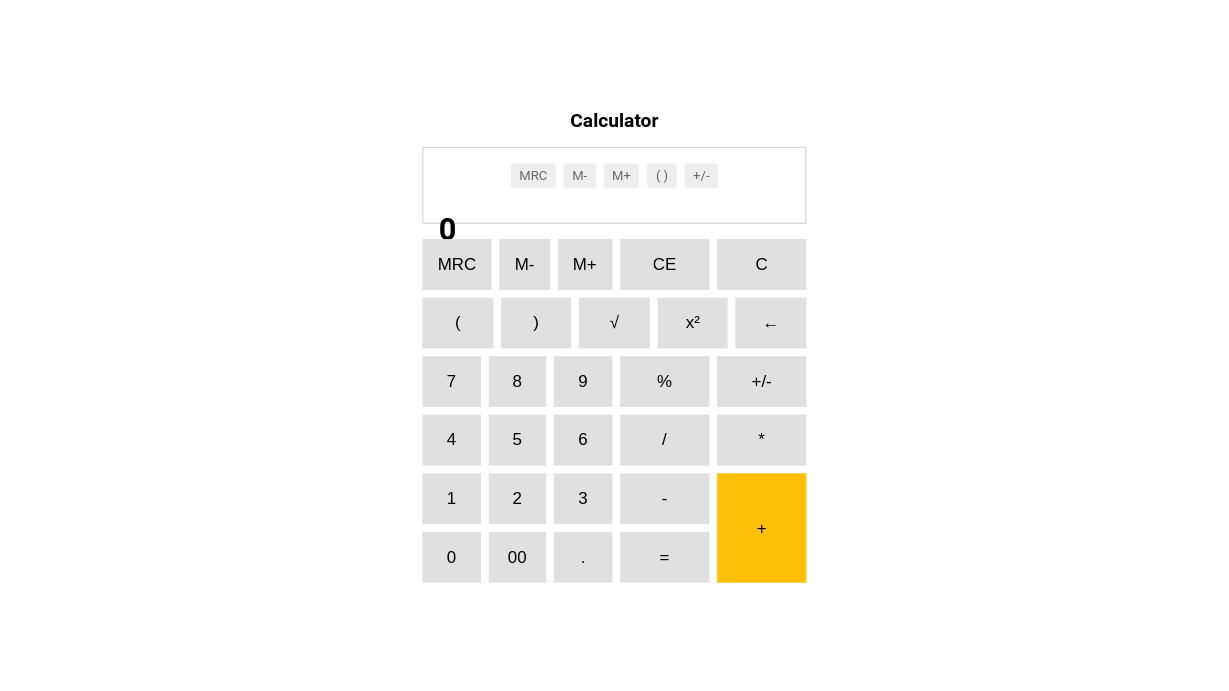
Repository: Denis793/CalculatorNew
Page: index.html
These files come from the project's save history. The page is drawn as it stood at one moment and after the next save; the edit follows.
The browser window is 1280 px wide. The pictures show the whole page, at 96% of full size.
The style sheet was rebuilt from its Sass, Less or Tailwind sources for each picture, by a compiler version that may differ from the author's.

Above is the page before, as saved 2025-05-17 19:07:42.

### index.html
<!DOCTYPE html>
<html lang="en">
  <head>
    <meta charset="UTF-8" />
    <meta name="viewport" content="width=device-width, initial-scale=1.0" />
    <title>Calculator</title>
    <link rel="stylesheet" href="./app/style/css/main.css" />
  </head>
  <body>
    <div class="calculatorContainer">
      <h1>Calculator</h1>

      <div class="display">
        <div class="indicators">
          <span class="indicator" data-key="MRC">MRC</span>
          <span class="indicator" data-key="M-">M-</span>
          <span class="indicator" data-key="M+">M+</span>
          <span class="indicator" data-key="()">( )</span>
          <span class="indicator" data-key="+/-">+/-</span>
        </div>

        <ul id="historyList"></ul>

        <div class="previous"></div>
        <div class="current"></div>
      </div>

      <div class="keypad">
        <div class="memoryBtn">
          <button class="button">MRC</button>
          <button class="button">M-</button>
          <button class="button">M+</button>
        </div>

        <div class="cleanBtn">
          <button class="button">CE</button>
          <button class="button ac">C</button>
        </div>

        <div class="buttonFirst">
          <button class="button">(</button>
          <button class="button">)</button>
          <button class="button">√</button>
          <button class="button">x²</button>
          <button class="button">←</button>
        </div>

        <div class="numbersBtn">
          <button class="button">7</button>
          <button class="button">8</button>
          <button class="button">9</button>

          <button class="button">4</button>
          <button class="button">5</button>
          <button class="button">6</button>

          <button class="button">1</button>
          <button class="button">2</button>
          <button class="button">3</button>

          <button class="button">0</button>
          <button class="button">00</button>
          <button class="button">.</button>
        </div>

        <div class="operationsBtn">
          <button class="button">%</button>
          <button class="button">+/-</button>
          <button class="button">/</button>
          <button class="button">*</button>
          <button class="button">-</button>
          <button class="button plus">+</button>
          <button class="button">=</button>
        </div>
      </div>
    </div>
    <script type="module" src="./app/js/main.js"></script>
  </body>
</html>

### app/js/main.js
import { initializeCalculator } from './state.js';
import './memory.js';
import './operations.js';
import './equals.js';
import './formatter.js';
import './history.js';
import './inputHandler.js';

initializeCalculator();

### app/js/state.js
import { handleMemory } from './memory.js';
import { handleOperations } from './operations.js';
import { handleEquals } from './equals.js';
import { handleInput } from './inputHandler.js';

export const state = {
  expression: '',
  memory: 0,
  memoryLog: [],
  memoryActive: false,

  finish: false,
  lastOperator: '',
  lastOperand: '',
  history: [],
  MAX_LENGTH: 12,
  displayPrev: document.querySelector('.previous'),
  displayCurr: document.querySelector('.current'),
  buttons: document.querySelector('.keypad'),
  historyList: document.getElementById('historyList'),
  lastFunction: '',
  parenthesesCount: 0,
};

export function clearAll() {
  state.expression = '';
  state.finish = false;
  state.lastOperator = '';
  state.lastOperand = '';
  state.lastFunction = '';
  state.parenthesesCount = 0;
  state.displayCurr.textContent = '0';
  state.displayPrev.textContent = '';
  state.historyList.innerHTML = '';
  state.history = [];
  state.memoryActive = false;

  document.querySelectorAll('.button').forEach((btn) => btn.classList.remove('active-operator'));
  document.querySelectorAll('.indicator').forEach((i) => i.classList.remove('active'));
}

export function initializeCalculator() {
  clearAll();

  document.querySelector('.ac').addEventListener('click', clearAll);

  state.buttons.addEventListener('click', (e) => {
    const btn = e.target;
    if (!btn.classList.contains('button')) return;

    const key = btn.textContent;

    const specialKeys = ['MRC', 'M-', 'M+', '+/-', '√'];
    if (specialKeys.includes(key)) {
      document.querySelectorAll('.indicator').forEach((i) => {
        const keep = i.dataset.key === '()' && state.parenthesesCount > 0;
        if (!keep) i.classList.remove('active');
      });
      const indicator = document.querySelector(`.indicator[data-key="${key}"]`);
      if (indicator) indicator.classList.add('active');
    }

    if (handleMemory(key)) return;
    if (handleOperations(key)) return;
    if (handleEquals(key)) return;
    if (handleInput(key)) return;
  });
}

### app/js/memory.js
import { state } from './state.js';
import { formatExpression } from './formatter.js';

export function handleMemory(key) {
  if (!state.memoryLog) state.memoryLog = [];

  if (key === 'MRC') {
    const indicator = document.querySelector('.indicator[data-key="MRC"]');
    if (state.memoryActive) {
      state.memoryActive = false;
      if (indicator) indicator.classList.remove('active');
    } else {
      state.displayCurr.textContent = formatExpression(state.memory.toString());
      state.expression = state.memory.toString();
      state.finish = false;
      state.memoryActive = true;
      if (indicator) indicator.classList.add('active');
    }
    return true;
  }

  if (key === 'M+') {
    const value = parseFloat(state.displayCurr.textContent.replace(/\s/g, '')) || 0;
    state.memory += value;
    state.memoryLog.push(`+${value}`);
    if (state.memoryLog.length > 5) state.memoryLog.shift();
    state.memoryActive = true;
    const indicator = document.querySelector('.indicator[data-key="MRC"]');
    if (indicator) indicator.classList.add('active');
    return true;
  }

  if (key === 'M-') {
    const value = parseFloat(state.displayCurr.textContent.replace(/\s/g, '')) || 0;
    state.memory -= value;
    state.memoryLog.push(`-${value}`);
    if (state.memoryLog.length > 5) state.memoryLog.shift();
    state.memoryActive = true;
    const indicator = document.querySelector('.indicator[data-key="MRC"]');
    if (indicator) indicator.classList.add('active');
    return true;
  }

  return false;
}

### app/js/operations.js
import { state, clearAll } from './state.js';
import { formatExpression } from './formatter.js';

export function handleOperations(key) {
  if (key === '+/-') {
    if (state.displayCurr.textContent === '0') return true;
    if (state.finish) {
      state.expression = (-parseFloat(state.displayCurr.textContent.replace(/\s/g, ''))).toString();
      state.finish = false;
    } else {
      const match = state.expression.match(/(-?\d+\.?\d*)$/);
      if (match) {
        const num = match[0];
        const inverted = (-parseFloat(num)).toString();
        state.expression = state.expression.slice(0, -num.length) + inverted;
      } else {
        state.expression = '-' + state.expression;
      }
    }
    state.displayCurr.textContent = formatExpression(state.expression);
    return true;
  }

  if (key === '←') {
    if (state.finish) return true;
    state.expression = state.expression.slice(0, -1);
    state.displayCurr.textContent = formatExpression(state.expression) || '0';
    return true;
  }

  if (key === '%') {
    state.expression += '/100';
    state.displayCurr.textContent = formatExpression(state.expression);
    return true;
  }

  if (key === '√') {
    if (state.expression === '') return true;
    const original = state.expression;
    const result = Math.sqrt(eval(original));
    const visible = `√${original}`;
    state.expression = result.toString();
    state.displayCurr.textContent = formatExpression(state.expression);
    state.displayPrev.textContent = visible;
    state.lastFunction = 'sqrt';
    state.lastOperator = '';
    state.lastOperand = '';
    state.finish = true;
    const indicator = document.querySelector(`.indicator[data-key="√"]`);
    if (indicator) indicator.classList.add('active');
    return true;
  }

  if (key === '(') {
    const lastChar = state.expression.slice(-1);
    if (/\d|\)/.test(lastChar)) return true;

    if (state.finish) {
      state.expression = '';
      state.finish = false;
    }

    state.expression += key;
    state.displayCurr.textContent = formatExpression(state.expression);
    state.parenthesesCount++;

    const indicator = document.querySelector('.indicator[data-key="()"]');
    if (indicator) indicator.classList.add('active');

    return true;
  }

  if (key === ')') {
    if (state.finish) {
      state.expression = '';
      state.finish = false;
    }
    state.expression += key;
    state.displayCurr.textContent = formatExpression(state.expression);
    if (state.parenthesesCount > 0) {
      state.parenthesesCount--;
      if (state.parenthesesCount === 0) {
        const indicator = document.querySelector(`.indicator[data-key="()"]`);
        if (indicator) indicator.classList.remove('active');
      }
    }
    return true;
  }

  if (key === 'x²') {
    const value = eval(state.expression || '0');
    const result = value ** 2;
    const visible = `${value}²`;
    state.expression = result.toString();
    state.displayCurr.textContent = formatExpression(state.expression);
    state.displayPrev.textContent = visible;
    state.lastFunction = 'square';
    state.lastOperator = '';
    state.lastOperand = '';
    state.finish = true;
    return true;
  }

  if (key === 'CE') {
    const match = state.expression.match(/.*?(?:[+\-*/(]|^)([\d.]+)$/);
    if (match) {
      state.expression = state.expression.slice(0, -match[1].length);
    } else {
      state.expression = '';
    }
    state.lastFunction = '';
    state.displayCurr.textContent = formatExpression(state.expression) || '0';
    document.querySelectorAll('.indicator').forEach((i) => i.classList.remove('active'));
    return true;
  }

  if (key === 'C') {
    clearAll();
    return true;
  }

  return false;
}

### app/js/equals.js
import { state } from './state.js';
import { formatExpression } from './formatter.js';
import { addToHistory } from './history.js';

export function handleEquals(key) {
  if (key !== '=') return false;

  try {
    const open = (state.expression.match(/\(/g) || []).length;
    const close = (state.expression.match(/\)/g) || []).length;
    if (open !== close) return true;

    if (!state.finish) {
      const result = eval(state.expression);
      const match = state.expression.match(/(.+)([+\-*/])\s*(-?\d+\.?\d*)$/);

      if (match) {
        state.lastOperator = match[2];
        state.lastOperand = match[3];
      } else {
        state.lastOperator = '';
        state.lastOperand = '';
      }

      const visible = state.displayPrev.textContent || state.expression;

      state.displayCurr.textContent = formatExpression(result.toString());
      state.expression = result.toString();
      state.finish = true;
      state.displayPrev.textContent = '';

      const containsOperator = /[+\-*/()]|Math\.sqrt|%/.test(visible);
      const isSame = visible.replace(/\s/g, '') === result.toString();

      if (containsOperator && !isSame) {
        addToHistory(`${visible} = ${result}`);
      }
    } else if (state.lastFunction === 'sqrt' && state.finish) {
      const value = parseFloat(state.expression);
      const result = Math.sqrt(value);
      const visible = `√${value}`;
      state.displayCurr.textContent = formatExpression(result.toString());
      state.expression = result.toString();
      state.displayPrev.textContent = visible;
      addToHistory(`${visible} = ${result}`);
      return true;
    } else if (state.lastOperator && state.lastOperand) {
      state.expression = `${state.expression}${state.lastOperator}${state.lastOperand}`;
      const result = eval(state.expression);
      state.displayCurr.textContent = formatExpression(result.toString());
      state.expression = result.toString();
      addToHistory(`${state.expression} = ${result}`);
    }
  } catch {
    return true;
  }

  return true;
}

### app/js/formatter.js
export function formatExpression(expression) {
  return expression.replace(/\d+/g, (match) => {
    return Number(match).toLocaleString('en-US').replace(/,/g, ' ');
  });
}

### app/js/history.js
import { state } from './state.js';

export function addToHistory(item) {
  state.history.push(item);
  if (state.history.length > 3) state.history.shift();

  state.historyList.innerHTML = '';
  state.history.forEach((entry) => {
    const li = document.createElement('li');
    li.textContent = entry;
    state.historyList.appendChild(li);
  });
}

### app/js/inputHandler.js
import { state } from './state.js';
import { formatExpression } from './formatter.js';

export function handleInput(key) {
  const allowed = ['0', '1', '2', '3', '4', '5', '6', '7', '8', '9', '.', '+', '-', '*', '/', '00'];
  if (!allowed.includes(key)) return false;

  if (state.finish) {
    if (!isNaN(key) || key === '(') state.expression = '';
    state.finish = false;
  }

  const digitsOnly = state.expression.replace(/\D/g, '');
  if (digitsOnly.length >= state.MAX_LENGTH) return true;

  if (state.displayCurr.textContent === '0' && !isNaN(key)) {
    state.expression = key;
  } else {
    state.expression += key;
  }

  state.displayCurr.textContent = formatExpression(state.expression);
  return true;
}

### app/style/scss/main.scss
@use 'reset' as *;
@use 'variables' as *;

.calculatorContainer {
  max-width: 400px;
  width: 100%;
}

h1 {
  text-align: center;
  margin-bottom: 1rem;
}

.display {
  background: #fff;
  padding: 1rem;
  border: 1px solid #ccc;
  display: flex;
  flex-direction: column;
  gap: 0.5rem;
  height: 5rem;
}

.indicators {
  display: flex;
  flex-wrap: wrap;
  gap: 0.5rem;
  justify-content: center;
  font-size: 0.85rem;
  color: #666;
}

.indicator {
  padding: 4px 8px;
  border-radius: 4px;
  background: #eee;
  border: 1px solid transparent;
}

.indicator.active {
  background-color: #2d8cf0;
  color: white;
  border-color: #2d8cf0;
}

#historyList {
  font-size: 0.8rem;
  list-style: none;
  padding: 0;
  margin: 0;
  color: #555;
}

.previous {
  font-size: 0.9rem;
  color: #888;
  height: 1rem;
}

.current {
  font-size: 2rem;
  font-weight: bold;
  min-height: 2.5rem;
  color: #000;
}

.keypad {
  display: grid;
  grid-template-areas:
    'memoryBtn cleanBtn'
    'buttonFirst buttonFirst'
    'numbersBtn operationsBtn';
  grid-template-columns: 2fr 2fr;
  gap: 0.5rem;
  margin-top: 1rem;
}

.memoryBtn {
  grid-area: memoryBtn;
  display: grid;
  grid-template-columns: repeat(3, 1fr);
  gap: 0.5rem;
}

.cleanBtn {
  grid-area: cleanBtn;
  display: grid;
  grid-template-columns: repeat(2, 1fr);
  gap: 0.5rem;
}

.buttonFirst {
  grid-area: buttonFirst;
  display: grid;
  grid-template-columns: repeat(5, 1fr);
  gap: 0.5rem;
}

.numbersBtn {
  grid-area: numbersBtn;
  display: grid;
  grid-template-columns: repeat(3, 1fr);
  gap: 0.5rem;
}

.operationsBtn {
  grid-area: operationsBtn;
  display: grid;
  grid-template-columns: repeat(2, 1fr);
  gap: 0.5rem;
}

.button {
  padding: 1rem;
  background: #e0e0e0;
  border: none;
  font-size: 1.1rem;
  cursor: pointer;
  transition: background 0.2s ease;
}

.button:hover {
  background: #d0d0d0;
}

.button.plus {
  grid-row: span 2;
  background-color: #ffc107;
}

### app/style/scss/_reset.scss
* {
  margin: 0;
  padding: 0;
  box-sizing: border-box;
}

body {
  font-family: 'Roboto', sans-serif;
  font-size: 10px;
  height: 100vh;
  display: flex;
  justify-content: center;
  align-items: center;
}

li {
  list-style: none;
}

### app/style/scss/_variables.scss
:root {
  --memoryBtn: #000;
}

After the next save:
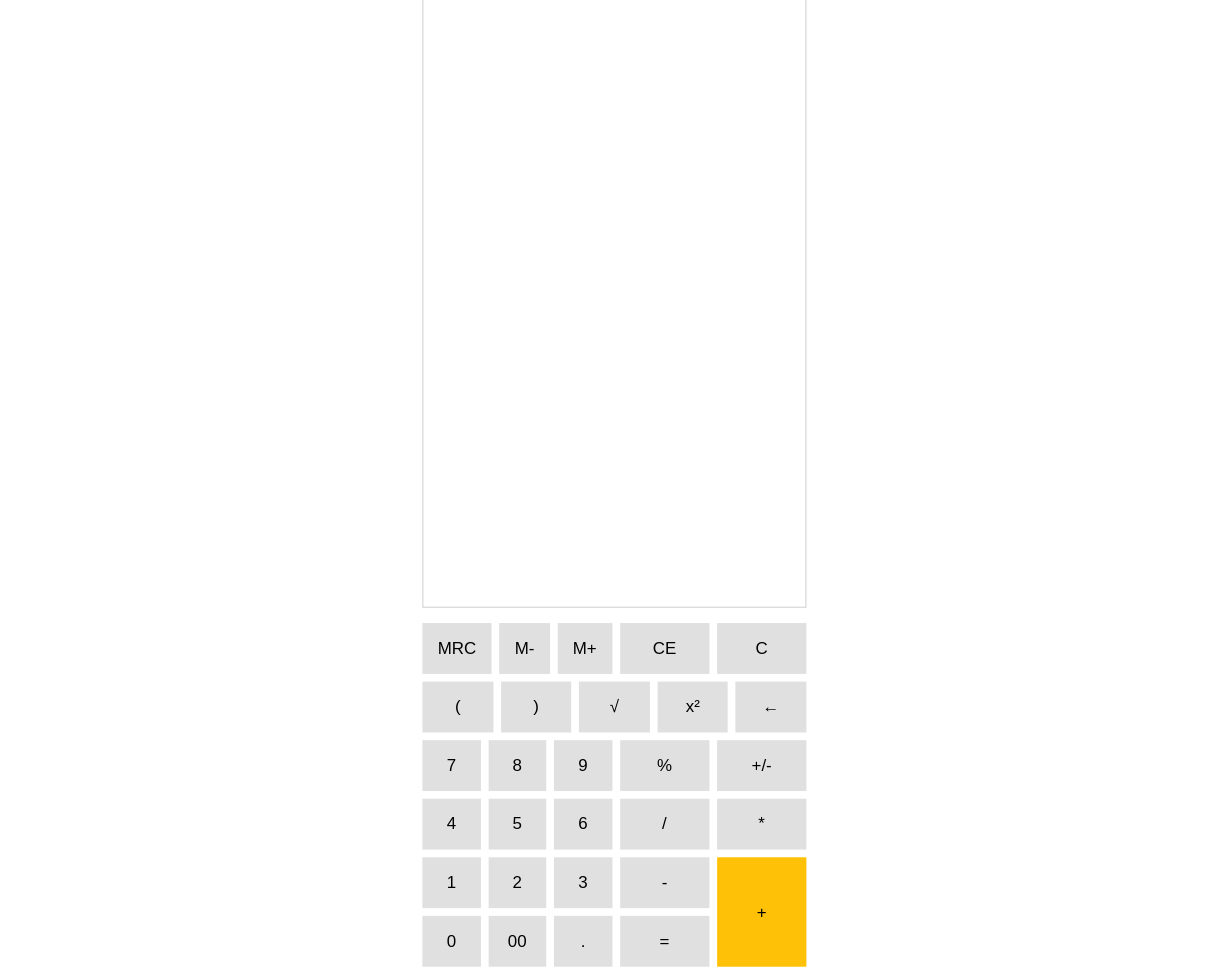
Saved 5 s later.
--- a/app/style/scss/main.scss
+++ b/app/style/scss/main.scss
@@ -18,7 +18,7 @@ h1 {
   display: flex;
   flex-direction: column;
   gap: 0.5rem;
-  height: 5rem;
+  height: 55rem;
 }
 
 .indicators {
